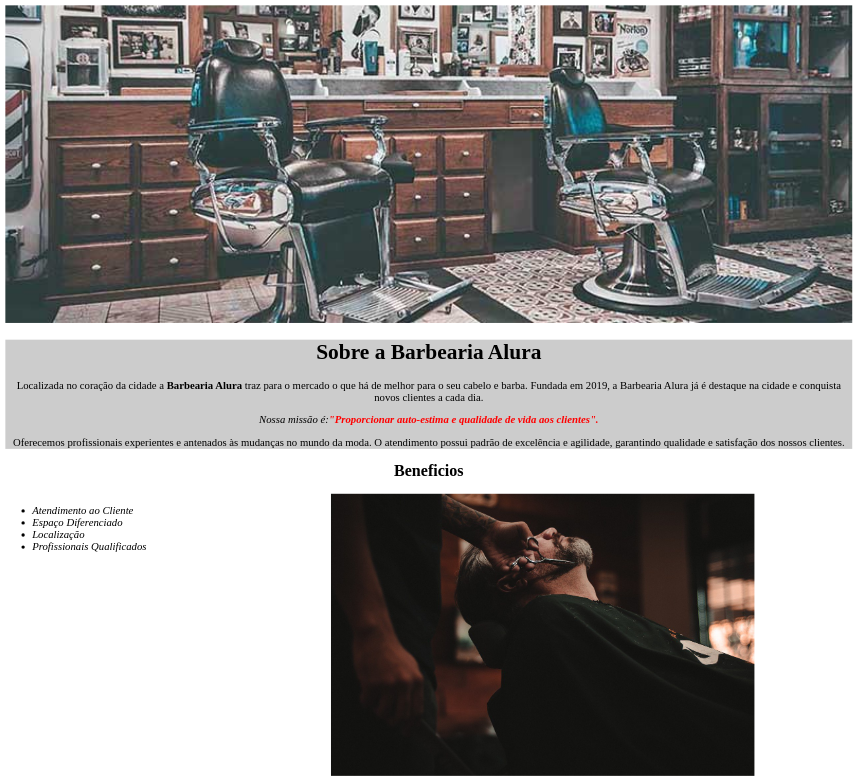
Repository: AnaBerlanda/AulaAlura
Page: index.html
These files come from the project's save history. The page is drawn as it stood at one moment and after the next save; the edit follows.
The browser window is 1280 px wide. The pictures show the whole page, at 67% of full size.

Above is the page before, as saved 2022-04-08 15:05:53.

After the next save:
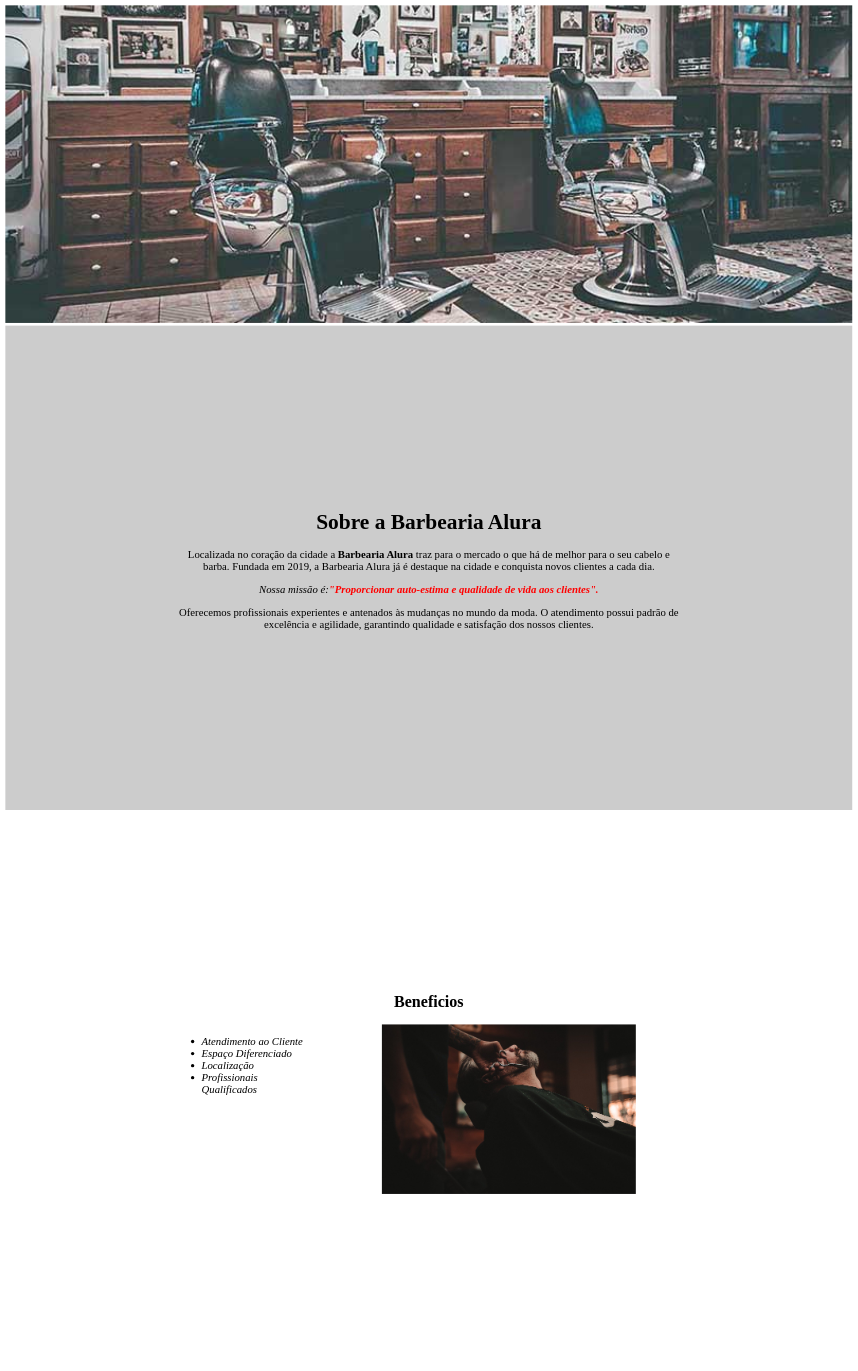
Saved 2 min 25 s later.
--- a/index.css
+++ b/index.css
@@ -12,6 +12,7 @@ h1{
 }
 .principal{
     background-color:#CCCCCC;
+    padding: 20%;
 
 
 }
@@ -20,6 +21,8 @@ h1{
 }
 .beneficios{
     background-color:#FFFFFF;
+    padding: 20%;
+
 }
 h2{
     text-align: center;
